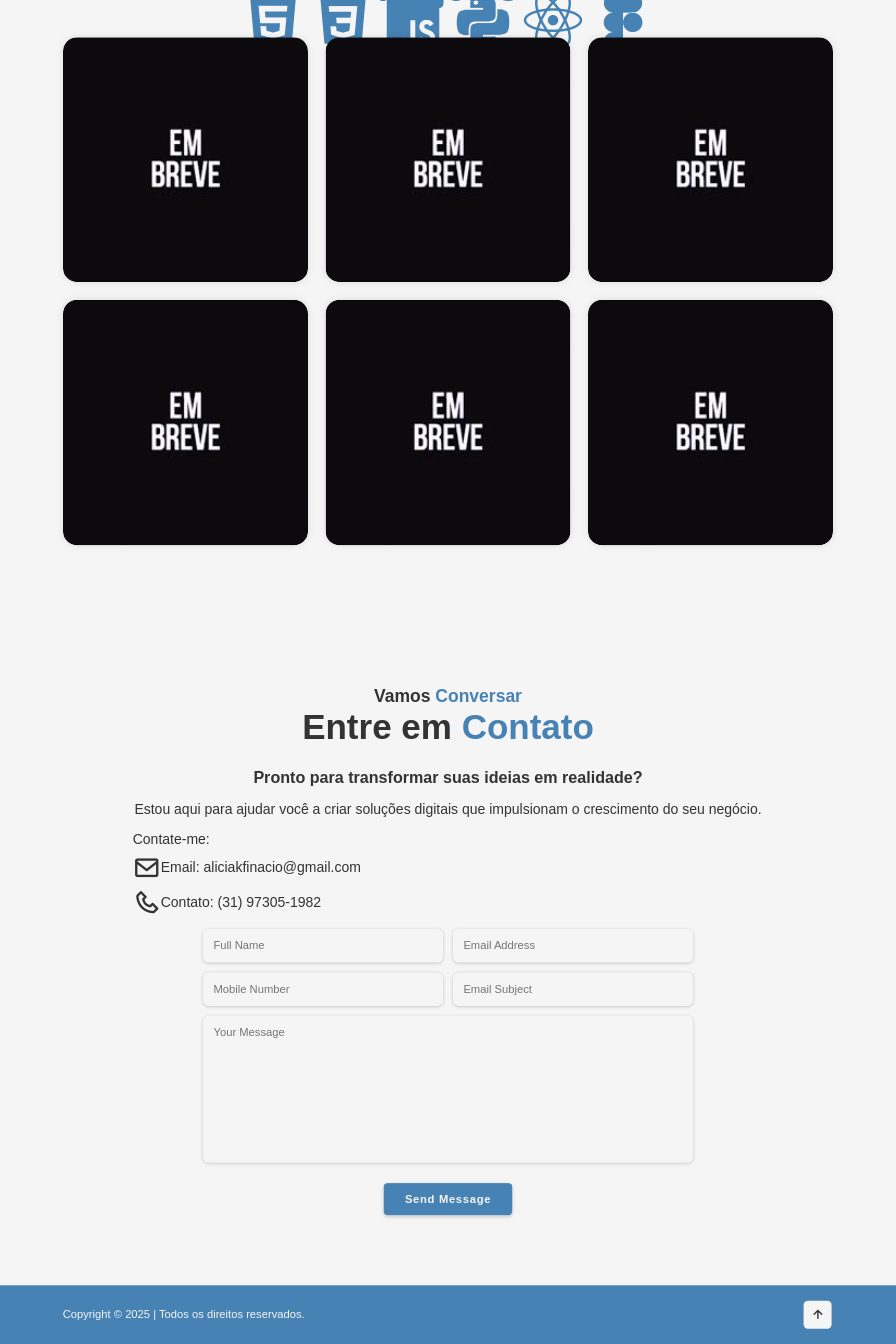
Repository: AliciaKathleen/portfolio-2025
Page: index.html
An editor plug-in stored every save of this project. The page is shown before and after the next save, followed by the edit.
The browser window is 1280 px wide. The pictures show the part of the page from y = 2533 to 4453 px (the page is 4453 px tall), at 70% of full size.

Above is the page before, as saved 2025-01-27 18:38:25.
Console error: TypeError: Cannot read properties of null (reading 'classList')

### index.html
<!DOCTYPE html>
<html lang="en">
<head>
    <meta charset="UTF-8">
    <meta http-equiv="X-UA-Compatible" content="IE=edge">
    <meta name="viewport" content="width=device-width, initial-scale=1.0">
    <link rel="stylesheet" href="https://cdn.jsdelivr.net/npm/swiper@9/swiper-bundle.min.css" />
    <link href='https://unpkg.com/boxicons@2.1.4/css/boxicons.min.css' rel='stylesheet'>
    <link rel="stylesheet" href="style.css">
    <title>Alícia Kathleen</title>
</head>
<body>
    <header class="header">
        <a href="#" class="logo">Alícia Kathleen</a>

        <nav class="navbar">
            <a href="#home" class="active">Home</a>
            <a href="#about">Sobre</a>
            <a href="#services">Serviços</a>
            <a href="#portfolio">Projetos</a>
            <a href="#contact">Contato</a>
        </nav>

        <div class="bx bx-moon" id="darkMode-icon"></div>
        <div class="bx bx-menu" id="menu-icon"></div>
    </header>

    <section class="home" id="home">
        <div class="home-content">
            <h3>Olá, eu sou</h3>
            <h1>Alícia Kathleen</h1>
            <p>
                Sou uma desenvolvedora Front-End apaixonada por criar interfaces modernas e funcionais, unindo criatividade e tecnologia para proporcionar experiências digitais únicas. Com uma trajetória inicial no design gráfico, utilizo meu olhar apurado para detalhes e usabilidade para transformar ideias em projetos visuais impactantes. Estou sempre buscando aprender e crescer com novos desafios.
            </p>
            <div class="social-media">
                <a href="#"><i class='bx bxl-linkedin'></i></a>
                <a href="#"><i class='bx bxl-github'></i></a>
            </div>

            <a href="#" class="btn">CURRÍCULO</a>
        </div>

        <div class="profession-container">
            <div class="profession-box">
            </div>
            <div class="overlay"></div>
        </div>

        <div class="home-img">
            <img src="" alt="">
        </div>
    </section>

    <section class="about" id="about">
        <div class="about-img">
            <img src="images/portfolio.jpg" alt="">
        </div>

        <div class="about-content">
            <h2 class="heading">Sobre <span>Mim</span></h2>
            <h3>
                Olá! Seja bem-vindo(a) ao meu portfólio! Sou uma desenvolvedora Front-End apaixonada por criar soluções digitais modernas e funcionais. Amo aprender novas tecnologias, resolver problemas com código e transformar ideias em projetos reais.
            </h3>
            <p>
                Aqui você vai encontrar alguns dos meus trabalhos, além de conhecer um pouco mais sobre minha trajetória no desenvolvimento web. Estou sempre em busca de novos desafios e oportunidades para crescer e evoluir como profissional.
            </p>
            <p>
                Sinta-se à vontade para explorar meu portfólio!
            </p>
        </div>
    </section>

    <section class="services" id="services">
        <h2 class="heading">Explore Meus <span>Trabalhos</span></h2>
        <div class="services-container">
            <div class="services-box">
                <i class='bx bx-code-alt'></i>
                <h3>Soluções Web Modernas</h3>
                <p>Criação de sites únicos e otimizados, que unem design moderno e funcionalidade para atender às suas necessidades e destacar sua marca na web.</p>
            </div>
            <div class="services-box">
                <i class='bx bxs-paint'></i>
                <h3>Design Responsivo</h3>
                <p>Desenvolvo sites que se adaptam perfeitamente a qualquer dispositivo, garantindo acessibilidade e uma navegação fluida para todos os usuários.</p>
            </div>
            <div class="services-box">
                <i class='bx bx-brain'></i>
                <h3>Integração de Apis</h3>
                <p>Integração de APIs para adicionar funcionalidades avançadas ao seu site ou aplicativo, conectando-o a serviços externos de maneira eficiente e sem fricções.</p>
            </div>
            <div class="services-box">
                <i class='bx bx-support'></i>
                <h3>Suporte</h3>
                <p>Ofereço suporte técnico para garantir que seu site esteja sempre atualizado, funcionando perfeitamente e alinhado às suas necessidades.</p>
            </div>
            <div class="services-box">
                <i class='bx bx-objects-vertical-bottom'></i>
                <h3>Estratégias de SEO</h3>
                <p>Técnicas de SEO personalizadas para aumentar a visibilidade do site e atrair mais tráfego qualificado.</p>
            </div>
            <div class="services-box">
                <i class='bx bx-bar-chart-alt'></i>
                <h3>Projetos Escaláveis</h3>
                <p>Desenvolvo soluções web com foco na escalabilidade, garantindo que seu site cresça de acordo com a evolução do seu negócio.

                </p>
            </div>
        </div>
    </section>

    <section class="resume-detail skills" id="skills">
        <h2 class="heading"><span>Skills</span></h2>
        <div class="resume-list">
            <div class="skills-container">
                <p>
                    Com sólidos conhecimentos em HTML, CSS e JavaScript, estou sempre em busca de tecnologias avançadas e boas práticas para oferecer experiências de usuário únicas e funcionais. Tenho experiência com frameworks modernos como React, além de trabalhar com integração de APIs e otimização de desempenho. Sempre em constante evolução, estou sempre aprendendo novas ferramentas e técnicas para melhorar meus projetos e entregar soluções inovadoras.
                </p>
                <div class="resume-items">
                    <div class="resume-item">
                        <i class='bx bxl-html5'></i>
                        <span>HTML</span>
                    </div>
                    <div class="resume-item">
                        <i class='bx bxl-css3'></i>
                        <span>CSS3</span>
                    </div>
                    <div class="resume-item">
                        <i class='bx bxl-javascript'></i>
                        <span>JavaScript</span>
                    </div>
                    <div class="resume-item">
                        <i class='bx bxl-python'></i>
                        <span>Python</span>
                    </div>
                    <div class="resume-item">
                        <i class='bx bxl-react'></i>
                        <span>ReactJS</span>
                    </div>
                    <div class="resume-item">
                        <i class='bx bxl-figma'></i>
                        <span>Figma</span>
                    </div>
                </div>
            </div>
        </div>
    </section>

    <section class="portfolio" id="portfolio">
        <h2 class="heading">Veja soluções reais <br> <span>Projetos</span></h2>

        <div class="portfolio-container">
            <div class="portfolio-box">
                <img src="images/portfolio.jpg" alt="">

                <div class="portfolio-layer">
                    <h4>Web Design</h4>
                    <p>Lorem ipsum dolor sit amet consectetur adipisicing elit. Similique, ipsam est.</p>
                    <a href="#"><i class='bx bx-link-external'></i></a>
                </div>
            </div>
            <div class="portfolio-box">
                <img src="images/portfolio.jpg" alt="">

                <div class="portfolio-layer">
                    <h4>Projeto em construção</h4>
                    <p>Em breve...</p>
                    <a href="#"><i class='bx bx-link-external'></i></a>
                </div>
            </div>
            <div class="portfolio-box">
                <img src="images/portfolio.jpg" alt="">

                <div class="portfolio-layer">
                    <h4>Projeto em construção</h4>
                    <p>Em breve...</p>
                    <a href="#"><i class='bx bx-link-external'></i></a>
                </div>
            </div>
            <div class="portfolio-box">
                <img src="images/portfolio.jpg" alt="">

                <div class="portfolio-layer">
                    <h4>Projeto em construção</h4>
                    <p>Em breve...</p>
                    <a href="#"><i class='bx bx-link-external'></i></a>
                </div>
            </div>
            <div class="portfolio-box">
                <img src="images/portfolio.jpg" alt="">

                <div class="portfolio-layer">
                    <h4>Projeto em construção</h4>
                    <p>Em breve...</p>
                    <a href="#"><i class='bx bx-link-external'></i></a>
                </div>
            </div>
            <div class="portfolio-box">
                <img src="images/portfolio.jpg" alt="">

                <div class="portfolio-layer">
                    <h4>Projeto em construção</h4>
                    <p>Em breve...</p>
                    <a href="#"><i class='bx bx-link-external'></i></a>
                </div>
            </div>
        </div>
    </section>

    <section class="contact" id="contact">
        <h1 class="heading">Vamos <span>Conversar</span></h1>
        <h2 class="heading">Entre em <span>Contato</span></h2>

        <h3 class="heading">Pronto para transformar suas ideias em realidade?</h3>
        <p class="heading">Estou aqui para ajudar você a criar soluções digitais que impulsionam o crescimento do seu negócio.</p>

        <p class="contact-me">Contate-me:</p>
        <div class="contact-me">
            <i class='bx bx-envelope' ></i>
            <p>Email: aliciakfinacio@gmail.com</p>
        </div>
        <div class="contact-me">
            <i class='bx bx-phone'></i>
            <p>Contato: (31) 97305-1982</p>
        </div>

        <form action="#">
            <div class="input-box">
                <input type="text" placeholder="Full Name">
                <input type="email" placeholder="Email Address">
            </div>
            <div class="input-box">
                <input type="number" placeholder="Mobile Number">
                <input type="text" placeholder="Email Subject">
            </div>
            <textarea name="" id="" cols="30" rows="10" placeholder="Your Message"></textarea>
            <input type="submit" value="Send Message" class="btn">
        </form>
    </section>

    <footer class="footer">
        <div class="footer-text">
            <p>Copyright &copy; 2025 | Todos os direitos reservados.</p>
        </div>

        <div class="footer-iconTop">
            <a href="#home"><i class='bx bx-up-arrow-alt'></i></a>
        </div>
    </footer>

    <script src="https://unpkg.com/scrollreveal"></script>
    <script src="https://cdn.jsdelivr.net/npm/swiper@9/swiper-bundle.min.js"></script>
    <script src="script.js"></script>
</body>
</html>

Loaded but not shown: script.js (67 lines, source omitted); style.css (925 lines, source omitted)

After the next save:
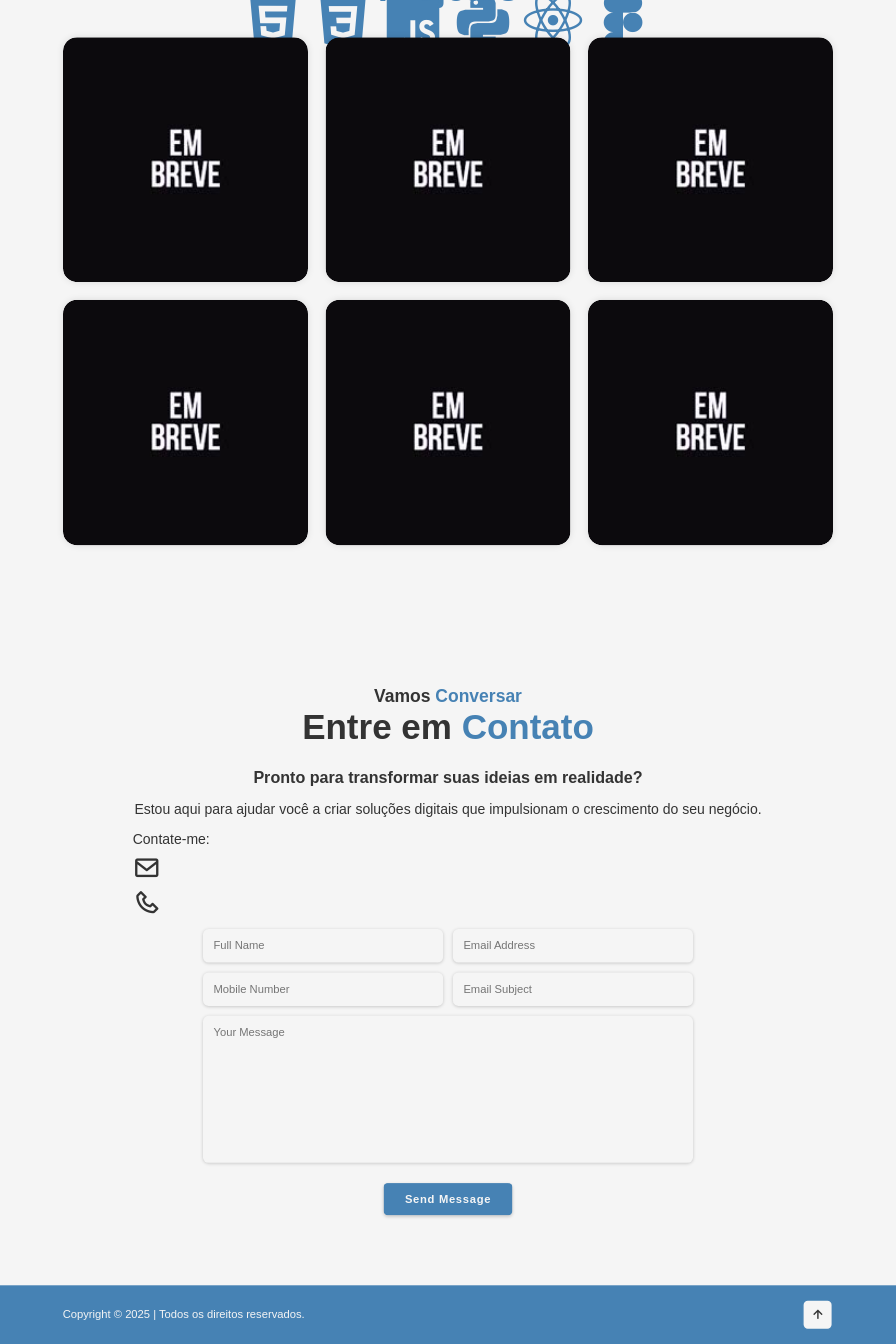
Saved 43 s later.
--- a/index.html
+++ b/index.html
@@ -216,11 +216,9 @@
         <p class="contact-me">Contate-me:</p>
         <div class="contact-me">
             <i class='bx bx-envelope' ></i>
-            <p>Email: aliciakfinacio@gmail.com</p>
         </div>
         <div class="contact-me">
             <i class='bx bx-phone'></i>
-            <p>Contato: (31) 97305-1982</p>
         </div>
 
         <form action="#">
